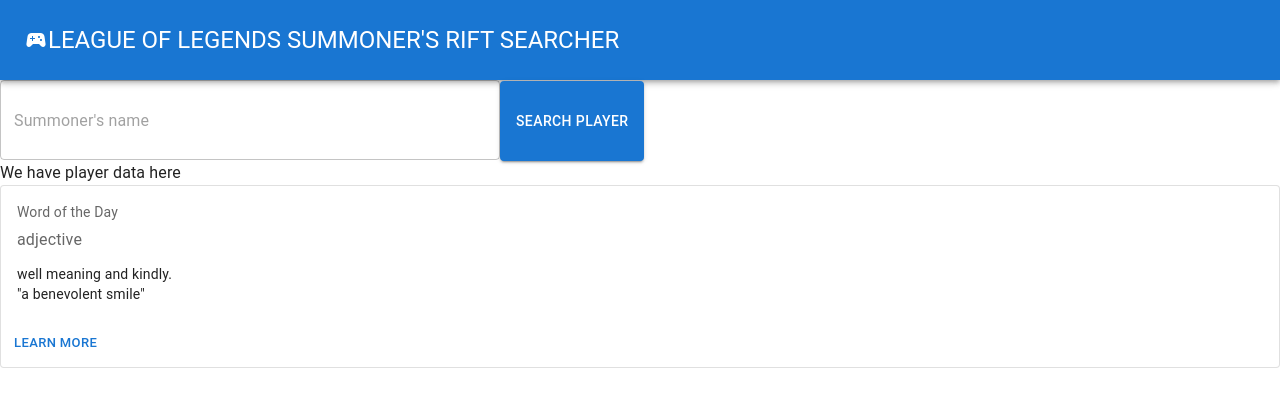
Repository: Mikerr21/League-Of-Legends-API
Page: /
These files come from the project's save history. The page is drawn as it stood at one moment and after the next save; the edit follows.
The browser window is 1280 px wide. The pictures show the whole page.
The page's requests for data from a server got no answer. The project was rebuilt for these pictures with package versions that can differ from the ones it lists, and the page was loaded fresh each time. No one was signed in, and anything a server would have sent is missing.

Above is the page before, as saved 2022-09-24 21:52:15.

### public/index.html
<!DOCTYPE html>
<html lang="en">
  <head>
    <meta charset="utf-8" />
    <link rel="icon" href="%PUBLIC_URL%/favicon.ico" />
    <meta name="viewport" content="width=device-width, initial-scale=1" />
    <meta name="theme-color" content="#000000" />
    <meta
      name="description"
      content="Web site created using create-react-app"
    />
    <link rel="apple-touch-icon" href="%PUBLIC_URL%/logo192.png" />

    <title>React App</title>
  </head>
  <body>
    <noscript>You need to enable JavaScript to run this app.</noscript>
    <div id="root"></div>

  </body>
</html>

### src/App.js
import React from "react";
import axios from "axios";
import { useState } from "react";
import { AppBar } from "@mui/material";
import { Toolbar } from "@mui/material";
import { CssBaseline } from "@mui/material";
import SportsEsportsIcon from "@mui/icons-material/SportsEsports";
import OutlinedInput from "@mui/material/OutlinedInput";

import { Typography } from "@mui/material";
import { Button } from "@mui/material";
import { Box } from "@mui/material";
import Card from "@mui/material/Card";
import CardActions from "@mui/material/CardActions";
import CardContent from "@mui/material/CardContent";

const card = (
  <React.Fragment>
    <CardContent>
      <Typography sx={{ fontSize: 14 }} color="text.secondary" gutterBottom>
        Word of the Day
      </Typography>
      <Typography sx={{ mb: 1.5 }} color="text.secondary">
        adjective
      </Typography>
      <Typography variant="body2">
        well meaning and kindly.
        <br />
        {'"a benevolent smile"'}
      </Typography>
    </CardContent>
    <CardActions>
      <Button size="small">Learn More</Button>
    </CardActions>
  </React.Fragment>
);

function App() {
  const [searchPlayer, setSearchPlayer] = useState("");
  const [playerData, setPlayerData] = useState({});
  const API_KEY = "c4eb3244-2494-4789-a6a3-47b4f6d5b70a";

  function fetchPlayerData(event) {
    var API_KEY = "RGAPI-e5d7e95c-8a4e-4469-bf42-53bc6d1175b3";
    var API_CALL_STRING =
      "https://euw1.api.riotgames.com/lol/summoner/v4/summoners/by-name/" +
      searchPlayer +
      "?api_key=" +
      API_KEY;
    axios
      .get(API_CALL_STRING)
      .then(function (response) {
        //Success

        setPlayerData(response.data);
      })
      .catch(function (error) {
        //Error
        console.log(error);
      });
  }

  return (
    <div className="App">
      <CssBaseline />
      <AppBar position="static">
        <Toolbar variant="dense" style={{ height: "80px" }}>
          <SportsEsportsIcon></SportsEsportsIcon>
          <Typography variant="h5" component="h2">
            LEAGUE OF LEGENDS SUMMONER'S RIFT SEARCHER
          </Typography>
        </Toolbar>
      </AppBar>
      <Box>
        <OutlinedInput
          onChange={(e) => setSearchPlayer(e.target.value)}
          type="text"
          placeholder="Summoner's name"
          style={{ height: "80px", width: "500px" }}
        ></OutlinedInput>
        <Button
          onClick={fetchPlayerData()}
          variant="contained"
          style={{ height: "80px" }}
        >
          Search player
        </Button>
      </Box>
      {JSON.stringify(playerData.data) != "{}" ? (
        <Typography>We have player data here</Typography>
      ) : (
        <Typography>No player data detected</Typography>
      )}

      <Box sx={{ minWidth: 275 }}>
        <Card variant="outlined">{card}</Card>
      </Box>
    </div>
  );
}

export default App;

Loaded but not shown: src/index.js (common file); src/index.css (common file)

After the next save:
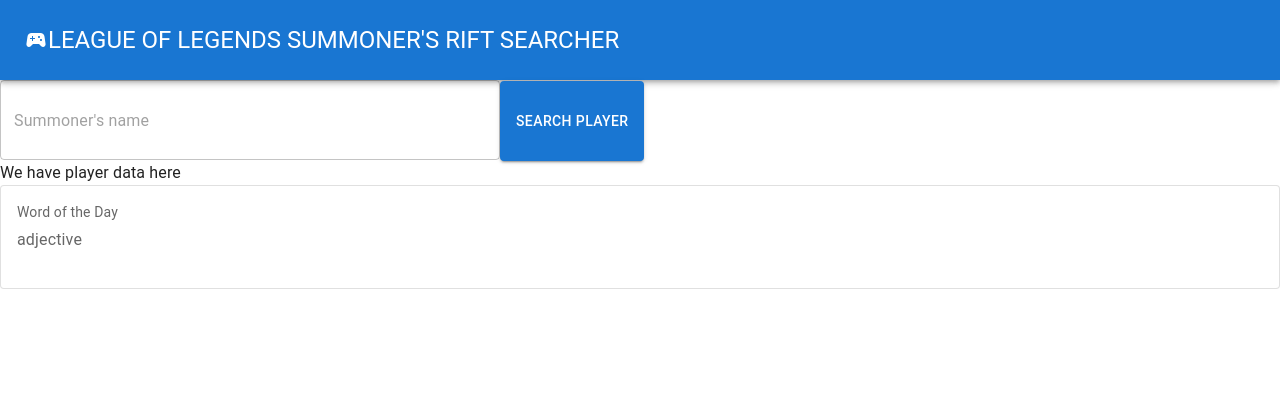
Saved 43 s later.
--- a/src/App.js
+++ b/src/App.js
@@ -23,15 +23,7 @@
       <Typography sx={{ mb: 1.5 }} color="text.secondary">
         adjective
       </Typography>
-      <Typography variant="body2">
-        well meaning and kindly.
-        <br />
-        {'"a benevolent smile"'}
-      </Typography>
     </CardContent>
-    <CardActions>
-      <Button size="small">Learn More</Button>
-    </CardActions>
   </React.Fragment>
 );
 
